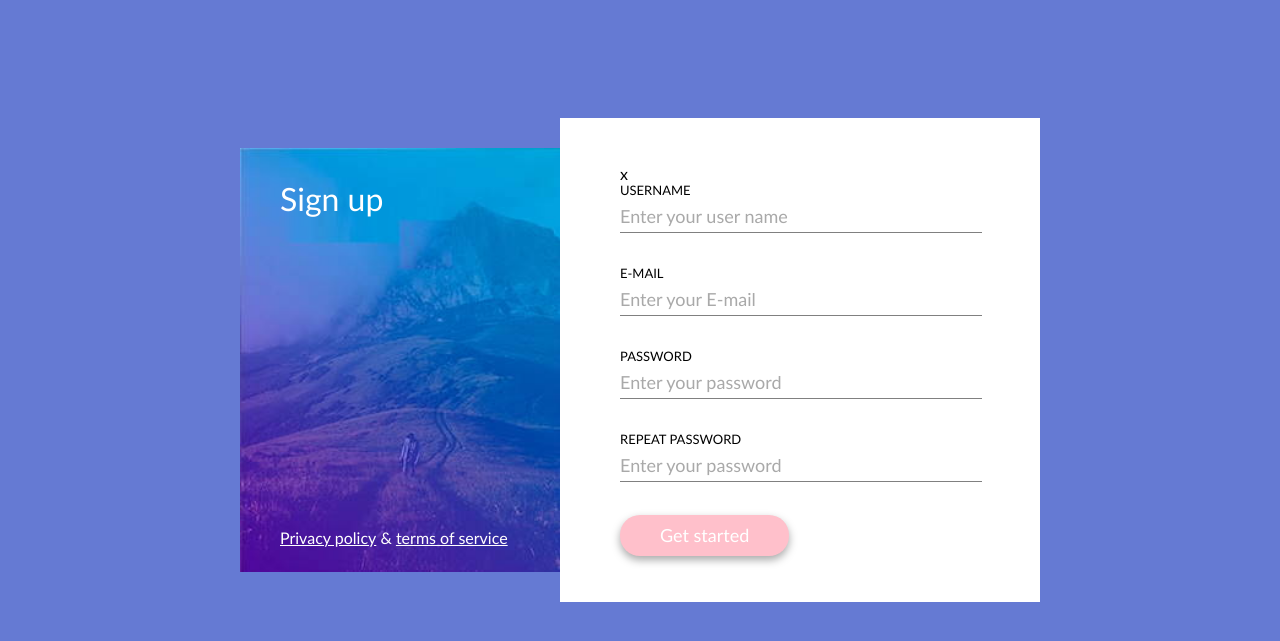
Repository: RugileG/registracijos-forma
Page: index.html
These files come from the project's save history. The page is drawn as it stood at one moment and after a run of saves; the edit follows.
The browser window is 1280 px wide. The pictures show the whole page.

Above is the page before, as saved 2021-05-18 11:06:36.

### index.html
<!DOCTYPE html>
<html lang="en">
<head>
    <meta charset="UTF-8">
    <meta http-equiv="X-UA-Compatible" content="IE=edge">
    <meta name="viewport" content="width=device-width, initial-scale=1.0">
    <title>Registracija</title>
    <style>

        html {
            height: 100%;
        }

        body {
            max-width: 800px;
            min-height: 100%;
            margin: 0 auto;
            position: relative;
            background-color: #657AD3;
            font: normal normal normal 16px/19px Gill Sans MT;
        }

        .container {
            width: 100%;
            position: absolute;
            top: 50%;
            transform: translateY(-50%);
        }

        .left-column, .right-column {
            float:left;
            height: 484px;
        }

        .left-column {
            width: 40%;
            background-color: transparent;
        }

        .right-column {
            width: 60%;
            background-color: #FFFFFF ;
        }

        .left-column-container {
            display: block;
            height: 424px;
            background-color: red;
            margin-top: 30px;
            background: transparent url('img/mountain.png') 0% 0% no-repeat padding-box;
            background-size: cover;
            padding-left: 40px;
            position:relative;
        }

        .right-column-container {
            padding-left: 60px;
            padding-top: 46px;
            padding-right: 60px;
            padding-bottom: 46px;
        }

        h1 {
            font: normal normal normal 32px/37px Gill Sans MT;
            color: #FFFFFF;
            margin: 0;
            padding-top: 32px;
        }

        p, a {
            display: inline-block;
            font: normal normal normal 16px/19px Gill Sans MT;
            color: #FFFFFF;
            margin: 0;
        }

        .links {
            position: absolute;
            bottom: 25px;
        }

        label {
            display:block;
            font: normal normal normal 13px/15px Gill Sans MT;
            color: #000000;
            padding-bottom:12px;
        }


        .input {
            margin-bottom: 33px;
        }

        input {
            display: block;
            border: none;
            width: 100%;
            padding-left: 0;
            padding-bottom: 6px;
            border-bottom: 1px solid #808080;
        }

        input:focus {
            border: none;
            outline: none;
            border-bottom: 1px solid #808080;
        }

        ::-webkit-input-placeholder {
            font: normal normal normal 18px/21px Gill Sans MT;
            color: #A9A9A9;
        }

        .btn {
            font: normal normal normal 18px/21px Gill Sans MT;
            color: #FFFFFF;
            background-color: #FFC0CB;
            border-radius: 20px;
            padding-left: 40px;
            padding-right:40px;
            padding-top: 10px;
            padding-bottom: 10px;
            border: none;
            box-shadow: 0 4px 8px darkgray;
        }

        .btn:hover {
            cursor:pointer;
            box-shadow: 0 4px 8px grey;
        }


    </style>
</head>
<body>
    <div class='container'>
        <div class='left-column'>
            <div class='left-column-container'>
                <h1>Sign up</h1>

                <div class='links'>
                    <a href='#'>Privacy policy</a>
                    <p>&</p>
                    <a href='#'>terms of service</a>
                </div>
            </div>
        </div>
        <div class='right-column'>
            <div class='right-column-container'>
                <span class='close'>x</span>
                <div class='input'>
                    <label for='username'>USERNAME</label>
                    <input placeholder='Enter your user name' type='text' id='username' name='username' />
                </div>
                <div class='input'>
                    <label for='email'>E-MAIL</label>
                    <input placeholder='Enter your E-mail' type='text' id='email' name='email' />
                </div>
                <div class='input'>
                    <label for='password'>PASSWORD</label>
                    <input placeholder='Enter your password' type='text' id='password' name='password' />
                </div>
                <div class='input'>
                    <label for='repeat_password'>REPEAT PASSWORD</label>
                    <input placeholder='Enter your password' type='text' id='repeat_password' name='repeat_password' />
                </div>

                <div class='right-column-bottom-action'>
                    <button class='btn'>Get started</button>
                </div>
            </div>
        </div>
    </div>
</body>
</html>

After the next 2 saves:
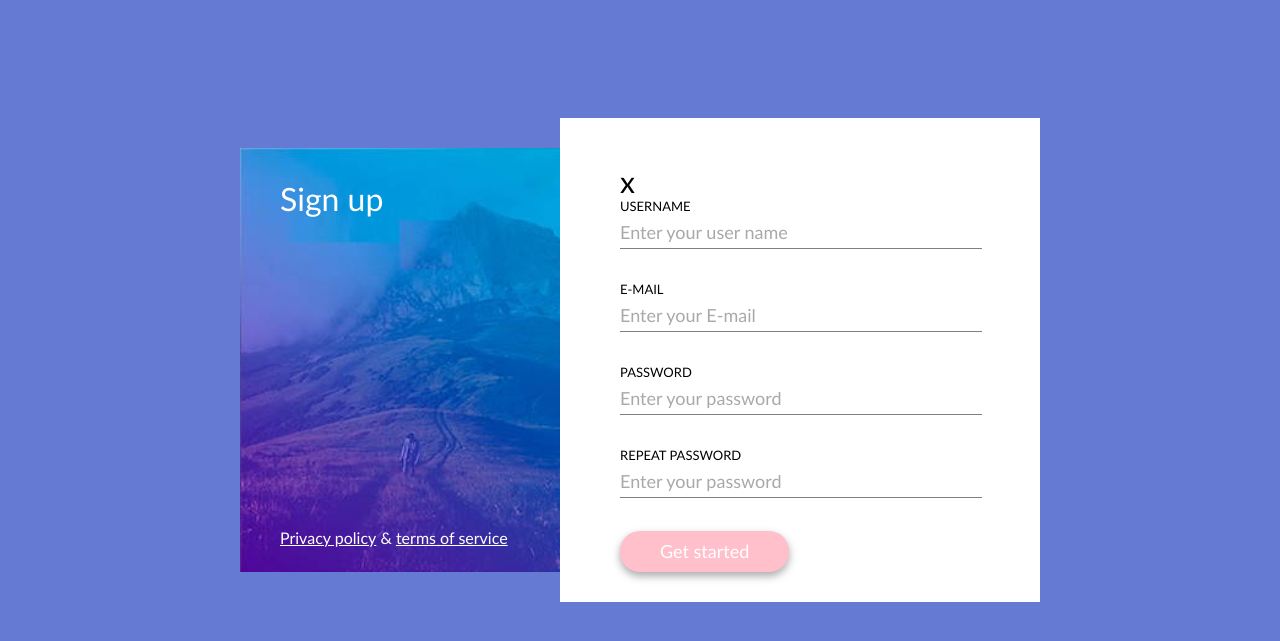
The 2 saves are shown as one change because they came seconds apart.
The last was saved 52 s later.
--- a/index.html
+++ b/index.html
@@ -129,6 +129,10 @@
             box-shadow: 0 4px 8px grey;
         }
 
+        .close {
+            font: normal normal normal 30px/35px Gill Sans MT;
+            color:
+        }
 
     </style>
 </head>
